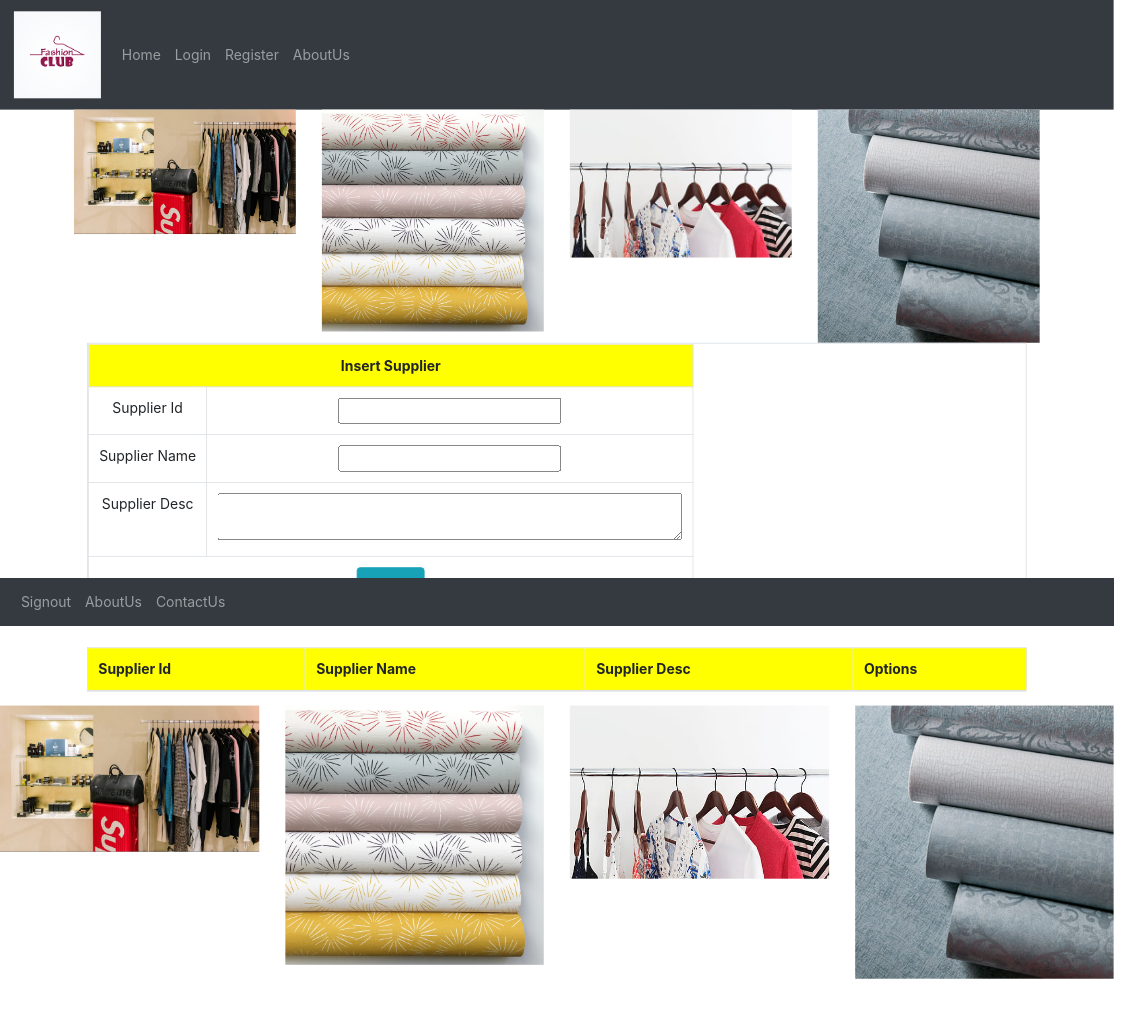
Repository: aishwaryaR16/Fashion-Project
Page: http://localhost/FashionProjectFrontend/WEB-INF/jsp/Supplier.jsp
An editor plug-in stored every save of this project. The page is shown before and after the next save, followed by the edit.
The browser window is 1280 px wide. The page is 1295 px wide, so the pictures cover 1295 px, including what lies to the right of the window. The pictures show the whole page, at 87% of full size.
The page is served by Tomcat 9. Nobody is signed in. The template is opened directly, without the code that normally fills it, so the values that code supplies are empty.

Above is the page before, as saved 2021-02-21 07:59:18.

After the next save:
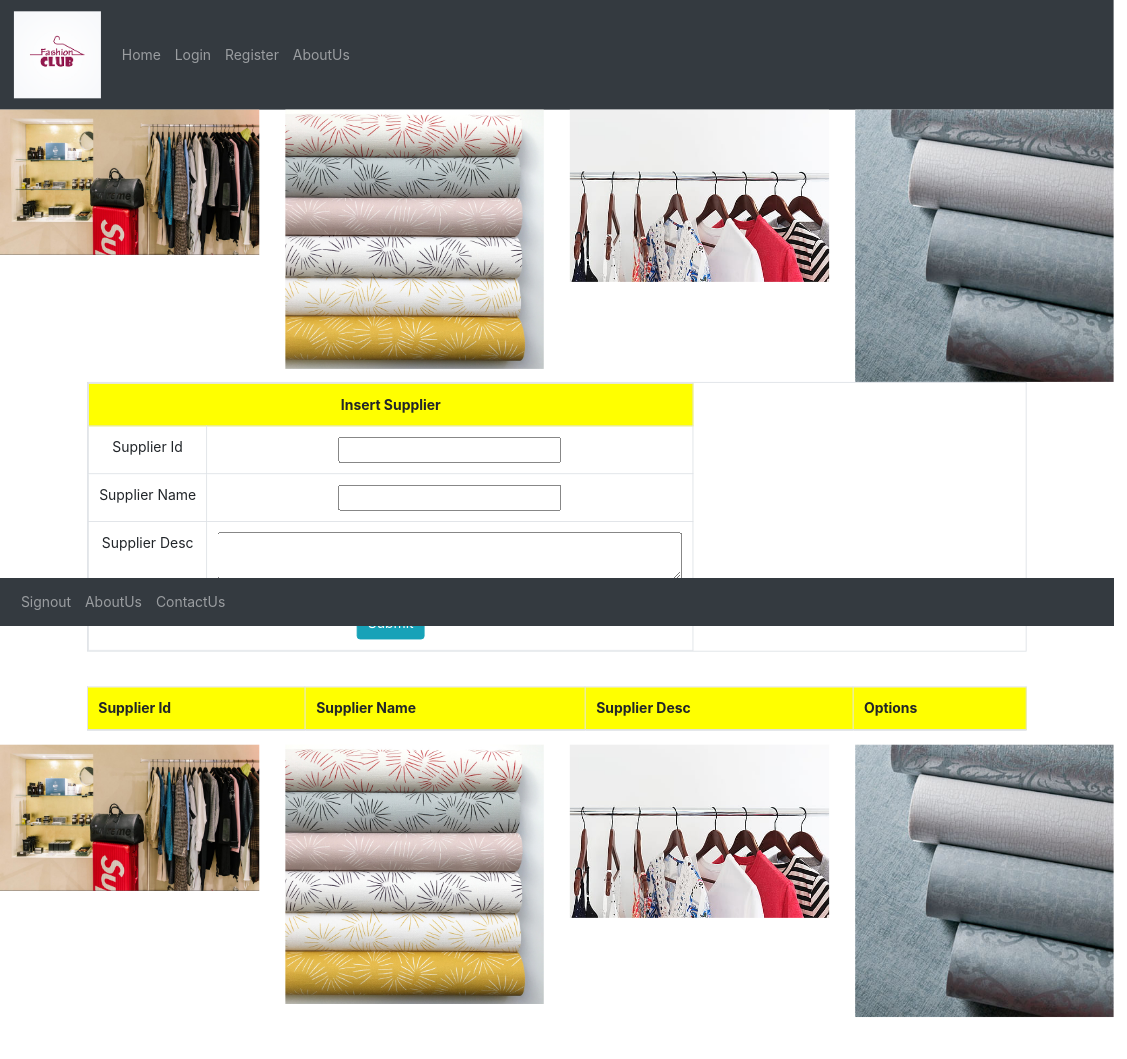
Saved 51 s later.
--- a/FashionProjectFrontend/src/main/webapp/WEB-INF/jsp/Supplier.jsp
+++ b/FashionProjectFrontend/src/main/webapp/WEB-INF/jsp/Supplier.jsp
@@ -3,8 +3,7 @@
 <%@include file="/WEB-INF/jsp/CommonHeader.jsp" %>
 
 <body>
-	<div class="container">
-	<div class="row">
+<div class="row">
 <div class="col-xs-12 col-sm-3 col-md-3">
 <img src="<c:url value='./images/37.jpg'/>" alt="Nature" style="width:100%">
 	</div>
@@ -20,6 +19,8 @@
 <img src="<c:url value='./images/41.jpg'/>" alt="Nature" style="width:100%">
 </div>
 </div>
+	<div class="container">
+
 		<div class="col-md-12 col-sm-3 col-md-3 ">
 			<form action="<c:url value='InsertSupplier'/>" method="post"
 				align="center">
